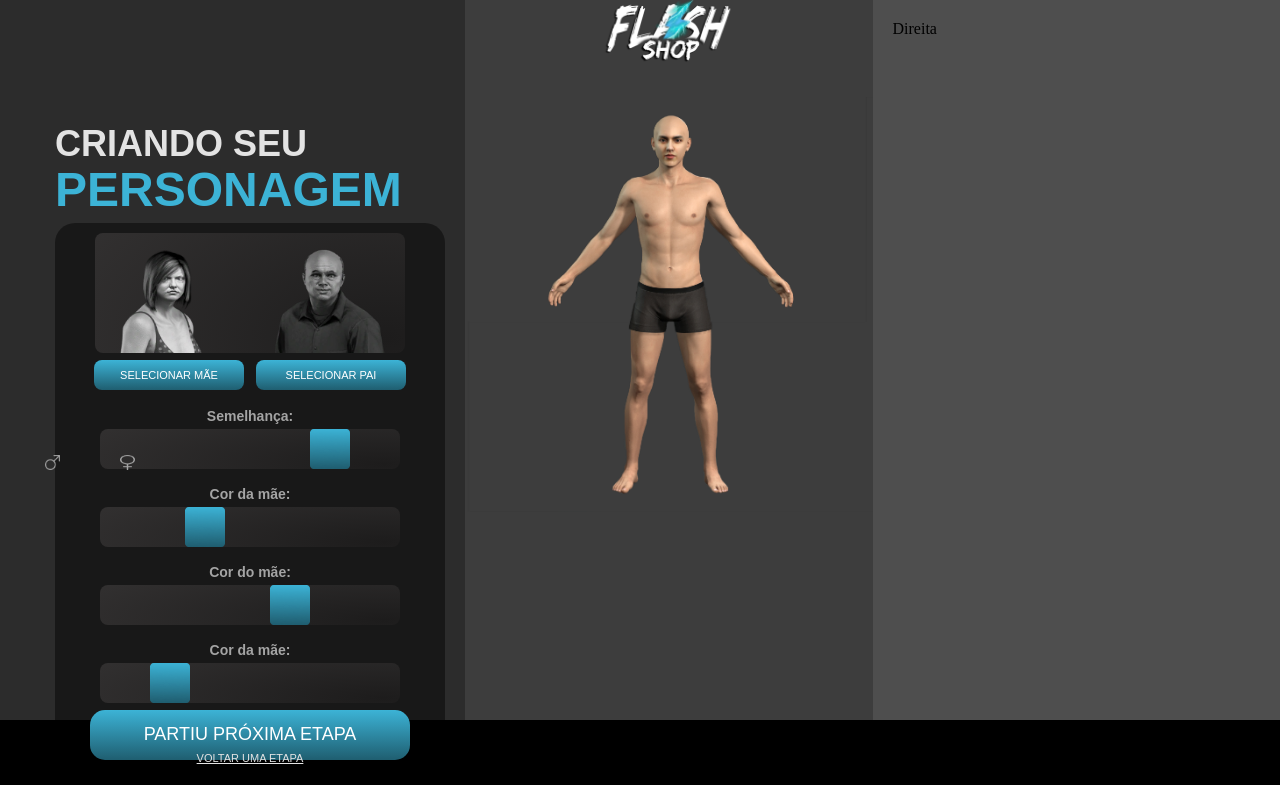
Repository: DuMCorrea/CriandoPerso
Page: index.html
The author's editor kept a copy of each file at every save. The page is drawn from the files as they stood at one save, then again after a run of saves.
The browser window is 1280 px wide. The pictures show the whole page.

Above is the page before, as saved 2024-08-29 15:39:16.

After the next 2 saves:
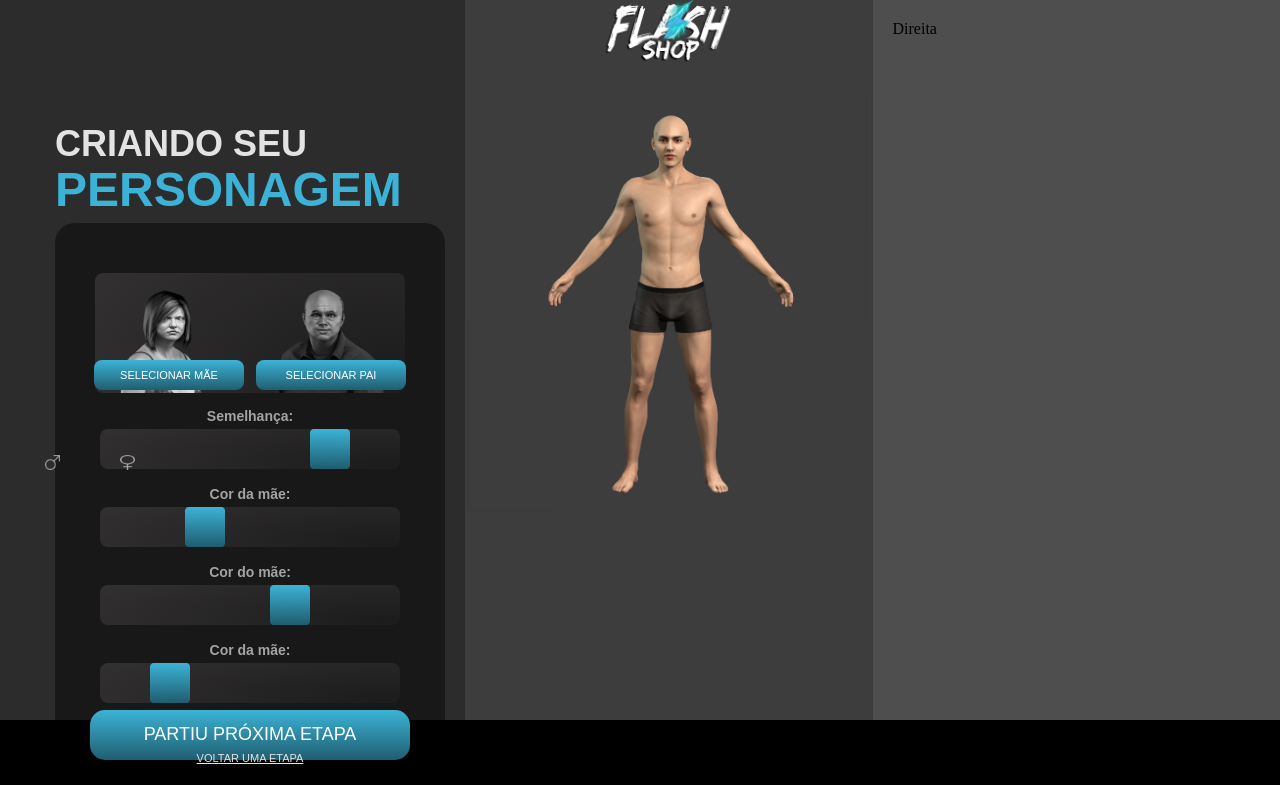
The 2 saves are shown as one change because they came seconds apart.
The last was saved 14 s later.
--- a/styles.css
+++ b/styles.css
@@ -243,7 +243,7 @@
     align-items: center; /* Centraliza verticalmente */
     padding: 0 10px; /* Espaçamento lateral interno */
     position: relative;
-    top: 10px;
+    top: 50px;
 }
 
 .rectangle-image {
